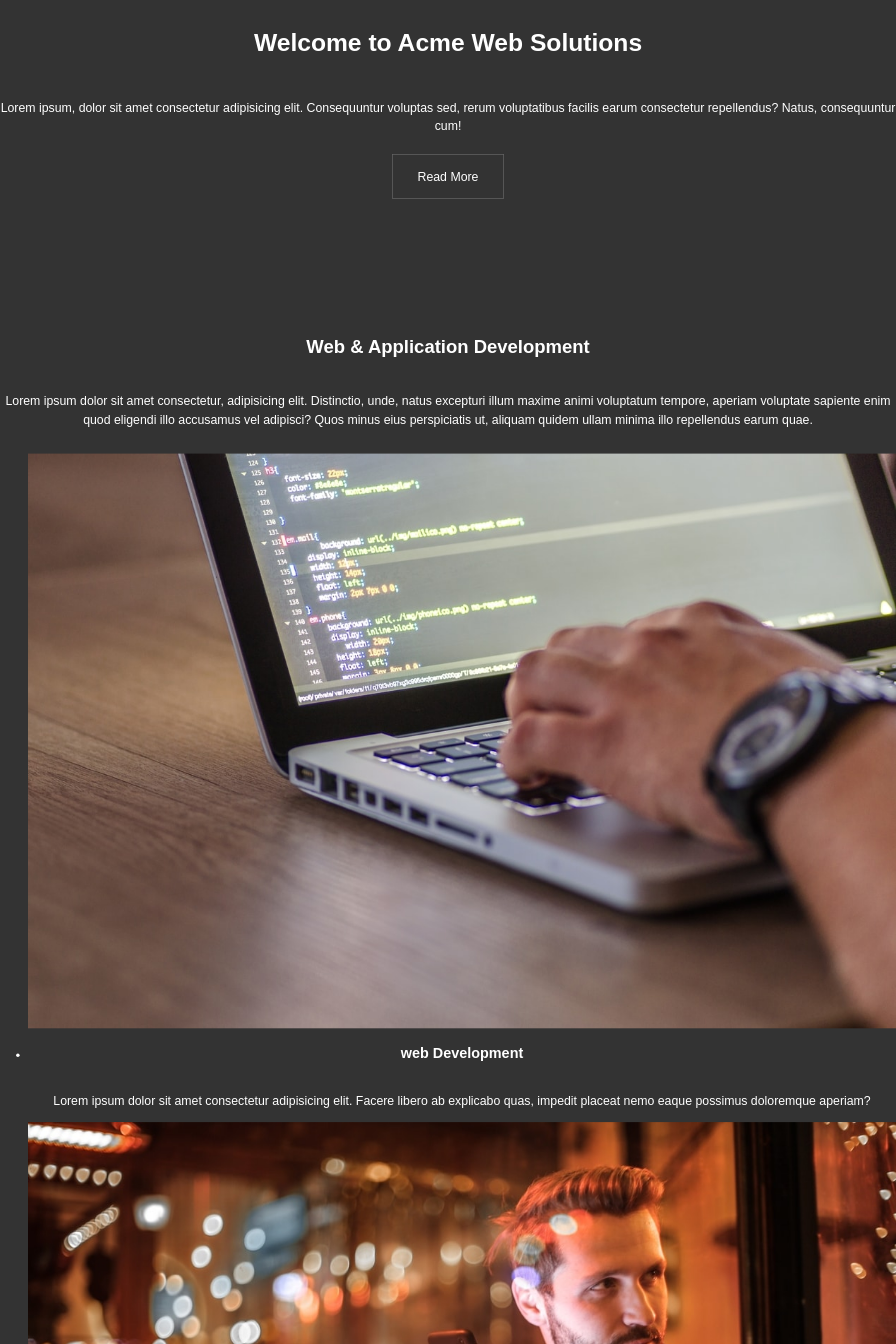
Repository: ErikBaer/MobileFirst
Page: index.html
These files come from the project's save history. The page is drawn as it stood at one moment and after the next save; the edit follows.
The browser window is 1280 px wide. The pictures show the part of the page from y = 0 to 1920 px (the page is 4138 px tall), at 70% of full size.

Above is the page before, as saved 2020-02-15 02:50:35.

### index.html
<!DOCTYPE html>
<html lang="en">
<head>
    <meta charset="UTF-8">
    <meta name="viewport" content="width=device-width, initial-scale=1.0">
    <link rel="stylesheet" type="text/css" href="style.css">
    <title>Acme Web Solutions</title>
</head>
<body>
    <!--Header Showcase -->
   <header id="showcase" class="grid">
    <div class="bg-image"></div>
    <h1>Welcome to Acme Web Solutions</h1>
    <p>Lorem ipsum, dolor sit amet consectetur adipisicing elit.
         Consequuntur voluptas sed, rerum voluptatibus facilis
         earum consectetur repellendus? Natus, consequuntur cum!
        </p>
    <a href="#section-b" class="btn">Read More</a>
</header>

<!-- Main Area -->

<main id="main">

    <!-- Section A -->

    <section id="section-a" class="grid">
        <div class="content-wrap">
            <h2 class="content-title">Web & Application Development</h2>
            <p>Lorem ipsum dolor sit amet consectetur, adipisicing elit.
                Distinctio, unde, natus excepturi illum maxime animi
                voluptatum tempore, aperiam voluptate sapiente enim quod
                 eligendi illo accusamus vel adipisci? Quos minus eius
                 perspiciatis ut, aliquam quidem ullam minima illo
                 repellendus earum quae.</p>
        </div>
    </section>

    <!-- Section B -->

    <section id="section-b" class="grid">
        <ul>
            <li>
                <div class="card">
                    <img src="./Assets/Coding-Person.jpg" alt="">
                    <div class="card-content">
                        <h3 class="card-title">web Development</h3>
                        <p>Lorem ipsum dolor sit amet consectetur
                            adipisicing elit. Facere libero ab explicabo
                            quas, impedit placeat nemo eaque possimus
                            doloremque aperiam?</p>
                    </div>
                </div>
            </li>
            <li>
                <div class="card">
                    <img src="./Assets/mobile-man.jpg" alt="">
                    <div class="card-content">
                        <h3 class="card-title">Mobile Applications</h3>
                        <p>Lorem ipsum dolor sit amet consectetur
                            adipisicing elit. Facere libero ab explicabo
                            quas, impedit placeat nemo eaque possimus
                            doloremque aperiam?</p>
                    </div>
                </div>
            </li>
            <li>
                <div class="card">
                    <img src="./Assets/Coding-Person.jpg" alt="">
                    <div class="card-content">
                        <h3 class="card-title">Tech Marketing</h3>
                        <p>Lorem ipsum dolor sit amet consectetur
                            adipisicing elit. Facere libero ab explicabo
                            quas, impedit placeat nemo eaque possimus
                            doloremque aperiam?</p>
                    </div>
                </div>
            </li>
        </ul>
    </section>

    <!-- Section C -->
    <section id="section-c" class="grid">
        <div class="content-wrap">
            <h2 class="content-title"> We handle all of your digital needs</h2>
            <p>Lorem, ipsum dolor sit amet consectetur adipisicing elit.
                Neque asperiores pariatur dolorem ipsum dicta recusandae
                 optio vel doloremque deserunt maiores?</p>
        </div>
    </section>

    <!-- Section D -->

    <section class="section-d grid">
        <div class="box">
            <h2 class="content-title">Contact Us</h2>
            <p>Lorem ipsum dolor sit, amet consectetur adipisicing elit.
                 Alias, totam quas ipsam doloremque dignissimos doloribus
                 laudantium aut provident dolore. Maxime!</p>
            <p>contact@acmewebsolutions.test</p>
        </div>
        <div class="box">
            <h2 class="content-title">About Our Company</h2>
            <p>Lorem ipsum dolor, sit amet consectetur adipisicing elit.
                Delectus ut placeat, nulla inventore laboriosam quisquam!
                Porro, asperiores libero molestiae a facilis et, ex magni
                 nostrum rem delectus quia ut? Vitae.</p>
        </div>
    </section>
</main>

<!-- Footer -->

<footer id="main-footer" class="grid">
    <div>Acme Web Solutins</div>
    <div>Project by <a href="www.baerdata.de" target="blank">Erik Baer</a></div>
</footer>

</body>
</html>

### style.css
body {
    margin: 0;
    font-family: Arial, Helvetica, sans-serif;
    background-color: #333;
    color: white;
    font-size:1.1em;
    line-height: 1.5;
    text-align: center;
}

img {
    display:block;
    width:100%;
    height: auto;
}

h1, h2, h3 {
    margin:0;
    padding: 1em 0;
}

p {
    margin: 0;
    padding: 1em 0;
}

.btn {
    display: inline-block;
    background: 333;
    color: white;
    text-decoration: none;
    padding: 1em 2em;
    border: 1px solid #666;
    margin: .5em 0
}

.btn:hover {
  background: #eaeaea;
  color: #333;
}

/* Header Showcase */

#showcase {
    min-height: 450px;
    color: #fff;
    text-align: center;
}

#showcase .bg-image {
    position: absolute;
    background: #333 url(/Assets/charts.jpg)
}

After the next save:
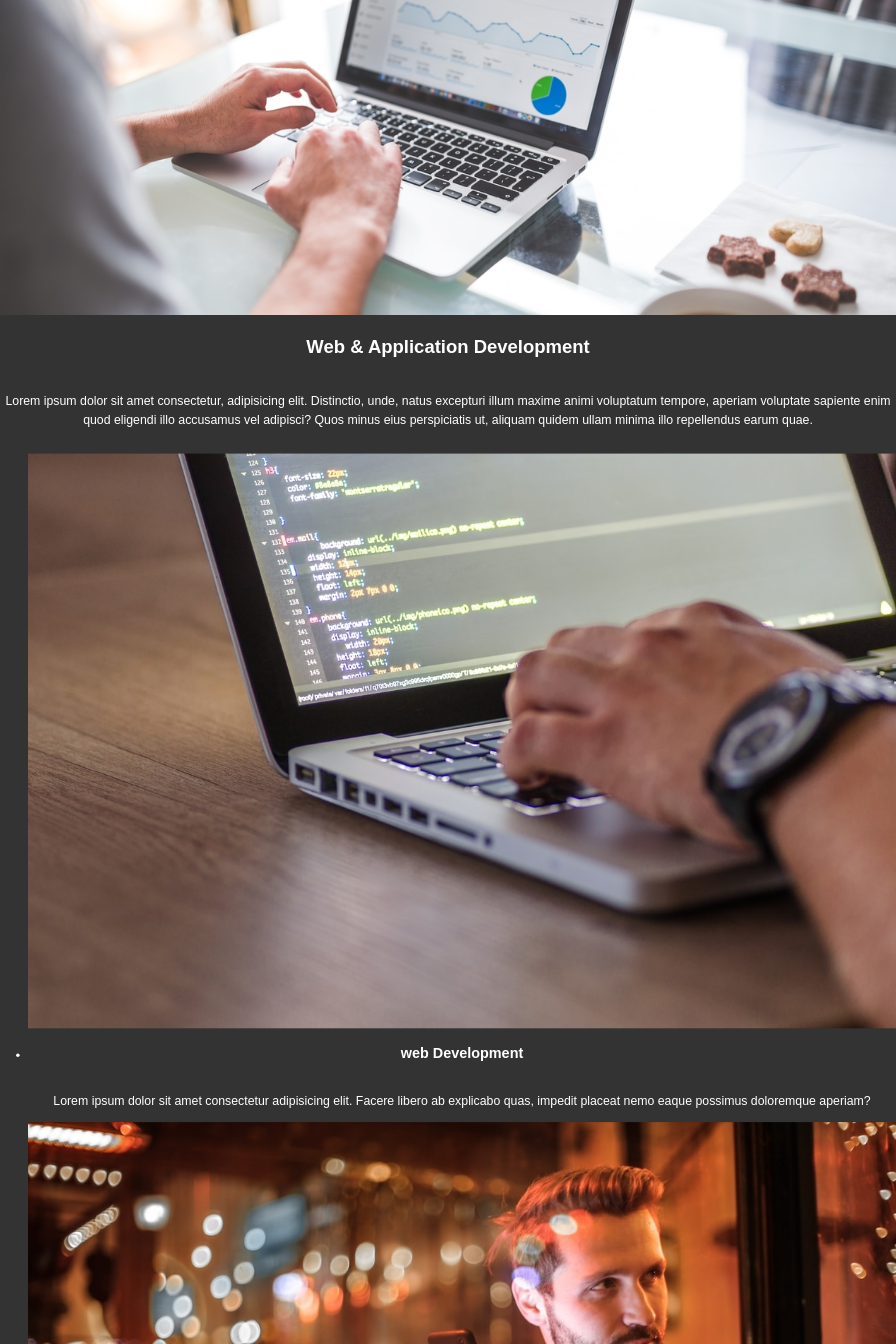
Saved 68 s later.
--- a/style.css
+++ b/style.css
@@ -49,5 +49,10 @@ p {
 
 #showcase .bg-image {
     position: absolute;
-    background: #333 url(/Assets/charts.jpg)
+    background: #333 url(/Assets/charts.jpg);
+    background-position: center;
+    background-repeat: no-repeat;
+    background-size: cover;
+    width: 100%;
+    height: 450px;
 }
